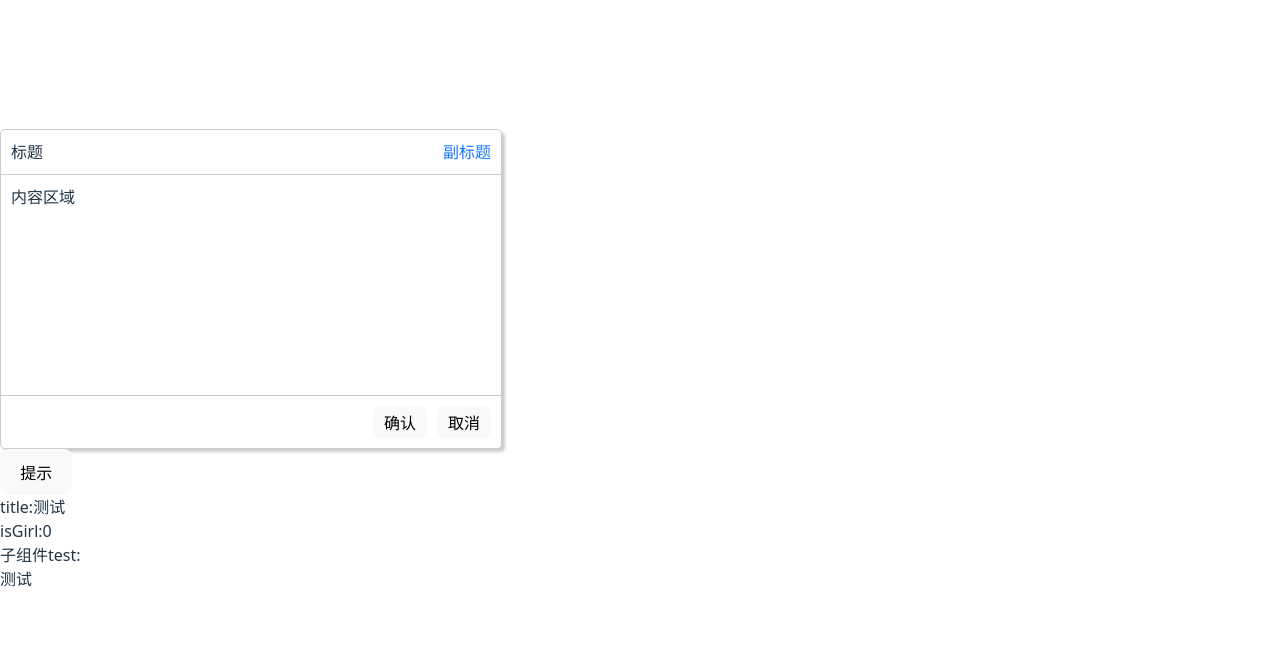
Repository: EDMZJJJ/learn-react
Page: /
An editor plug-in stored every save of this project. The page is shown before and after the next save, followed by the edit.
The browser window is 1280 px wide. The pictures show the whole page.
The project was rebuilt for these pictures with package versions that can differ from the ones it lists, and the page was loaded fresh each time. Also part of the build but not shown: vite.config.ts, src/components/Message/index.css, src/components/Message/index.tsx.

Above is the page before, as saved 2026-03-10 23:04:41.

### index.html
<!doctype html>
<html lang="en">
  <head>
    <meta charset="UTF-8" />
    <link rel="icon" type="image/svg+xml" href="/vite.svg" />
    <meta name="viewport" content="width=device-width, initial-scale=1.0" />
    <title>learn-react</title>
  </head>
  <body>
    <div id="root"></div>
    <script type="module" src="/src/main.tsx"></script>
  </body>
</html>

### src/main.tsx
import { StrictMode } from 'react'
import { createRoot } from 'react-dom/client'
import './index.css'
import App from './App.tsx'
import './components/Message/index.tsx'
createRoot(document.getElementById('root')!).render(
  <StrictMode>
    <App />
  </StrictMode>,
)

### src/App.tsx
import Card from "./components/Card"
import Test from "./components/Test"

function App() {
  //所有hook都必须在组件的最顶层调用，不能在循环或条件语句中调用它。

  return (
    <>
      <Card></Card>
      {/* 全局组件 */}
      <button onClick={() => window.onShow()}>提示</button>

      {/* 组件通信 */}
      <Test
        title={'测试'}
        id={1}
        obj={{ a: 1, b: 2 }}
        arr={[1, 2, 3]}
        cb={(a: number, b: number) => a + b}
        empty={null}
        element={<div>测试</div>}
        isGirl={false}
      >
        <div>children</div>
      </Test>
    </>
  )
}

export default App

### src/components/Card/index.tsx
import './index.css'

export default function Card() {
    return (
        <div className='card'>
            <header>
                <div>标题</div>
                <div>副标题</div>
            </header>
            <main>
                内容区域
            </main>
            <footer>
                 <button>确认</button>
                 <button>取消</button>
            </footer>
        </div>
    )
}

### src/components/Test/index.tsx
import type { JSX } from "react"
import React from "react"
interface Props {
    title?: string
    id: number
    obj: {
        a: number
        b: number
    }
    arr: number[]
    cb: (a: number, b: number) => number
    empty: null
    element: JSX.Element,
    isGirl:boolean,
    children:React.ReactNode
}
// 第二种默认值的方式
// const defaultProps: Partial<Props> = {
//     title: '默认标题',
// }
// const Test:React.FC<Props> = (props)=>{
// const { title } = { ...defaultProps, ...props }
//   console.log(props)
//   return (
//     <>
//     <div>title:{title}</div>
//     <div>isGirl:{props.isGirl?1:0}</div>
//     <div>子组件test:{props.element}</div>
//     </>
//   )
// }

// React.FC是函数式组件，是在TS使用的一个范型。FC是Function Component的缩写
// React.FC 帮助我们自动推导Props的类型。

// 第一种默认值的方式
const Test:React.FC<Props> = ({title = '默认标题',...props})=>{
  console.log(props)
  return (
    <>
    <div>title:{title}</div>
    <div>isGirl:{props.isGirl?1:0}</div>
    <div>子组件test:{props.element}</div>
    </>
  )
}
export default Test

### src/components/Card/index.css
.card {
  background: white;
  border-radius: 5px;
  border: 1px solid #ccc;
  width: 500px;
  box-shadow: 3px 3px 3px #ccc;

  header {
    display: flex;
    justify-content: space-between;
    align-items: center;
    border-bottom: 1px solid #ccc;
    padding: 10px;

    div:last-child {
      color: #1677ff;
    }
  }

  main {
    min-height: 200px;
    border-bottom: 1px solid #ccc;
    padding: 10px;
  }
  footer {
    display: flex;
    justify-content: flex-end;
    align-items: center;
    padding: 10px;
    button {
      margin-left: 10px;
      padding: 3px 10px;
    }
  }
}

Loaded but not shown: src/index.css (common file)

After the next save:
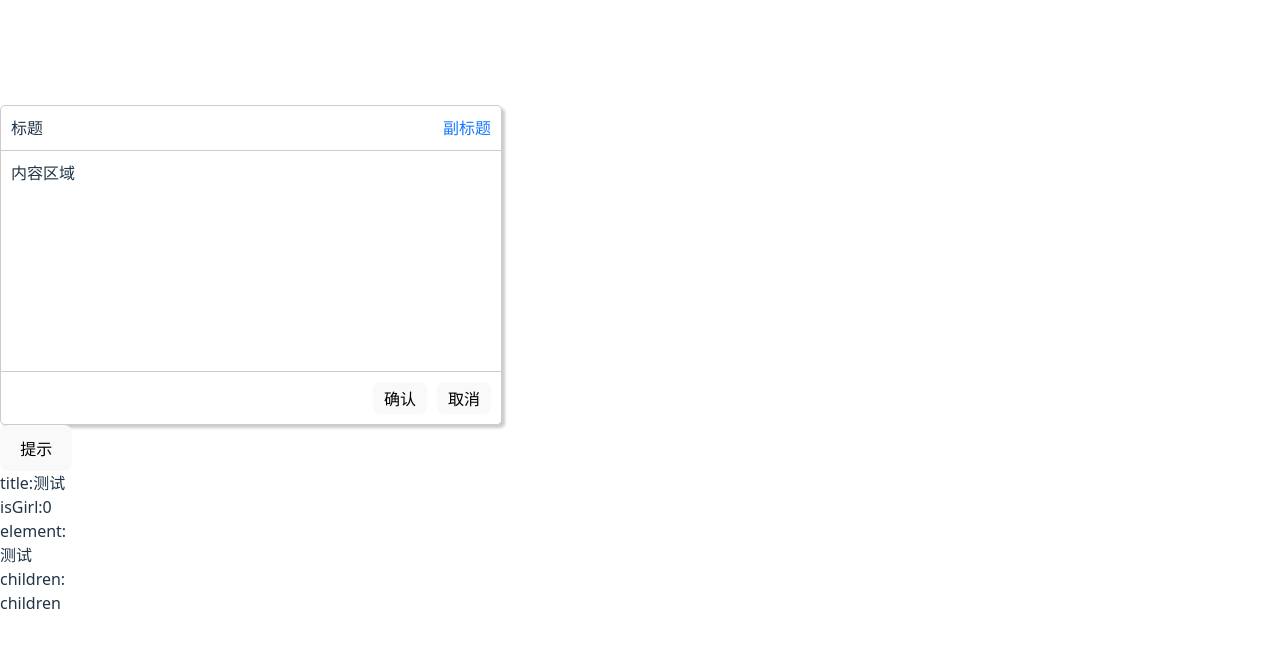
Saved 34 s later.
--- a/src/components/Test/index.tsx
+++ b/src/components/Test/index.tsx
@@ -40,7 +40,8 @@ const Test:React.FC<Props> = ({title = '默认标题',...props})=>{
     <>
     <div>title:{title}</div>
     <div>isGirl:{props.isGirl?1:0}</div>
-    <div>子组件test:{props.element}</div>
+    <div>element:{props.element}</div>
+    <div>children:{props.children}</div>
     </>
   )
 }
